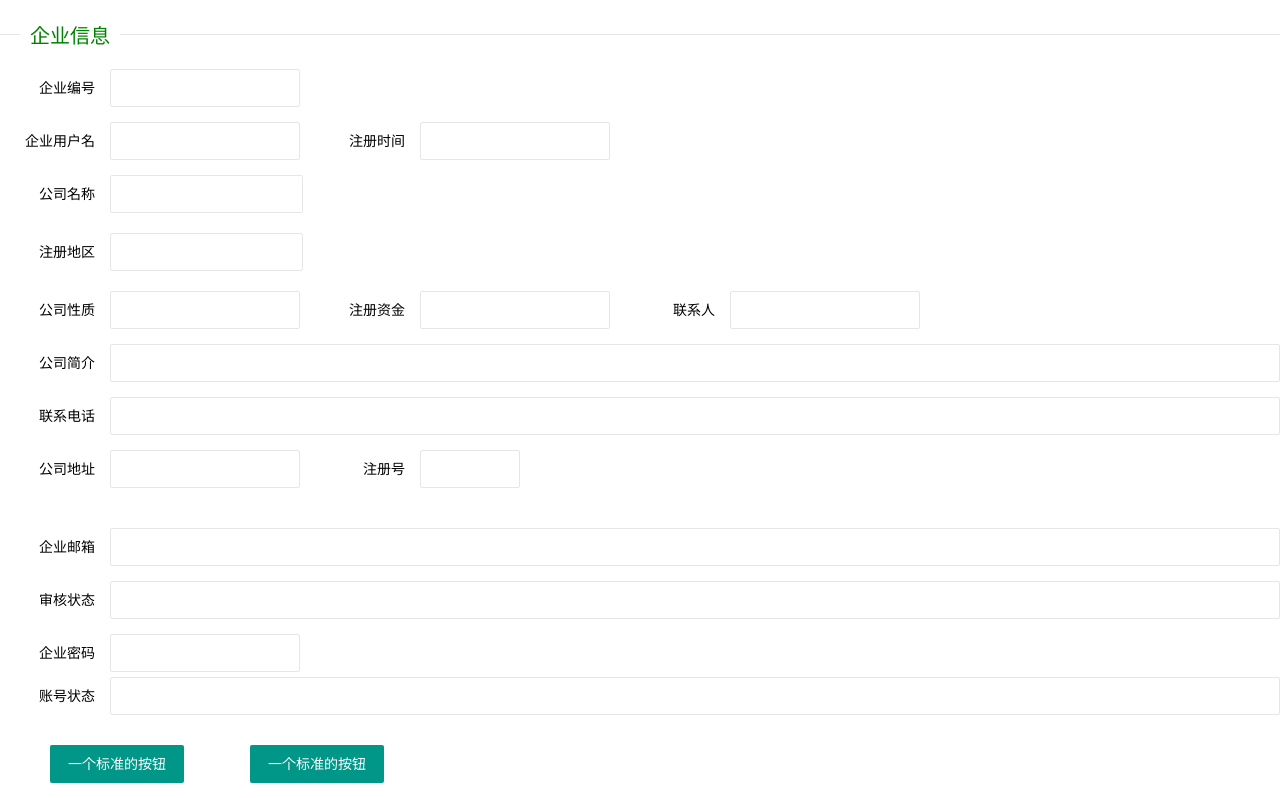
Repository: LongJinhe-coder/java-web-
Page: http://localhost/projectDemo1/displayFirmResume.jsp
An editor plug-in stored every save of this project. The page is shown before and after the next save, followed by the edit.
The browser window is 1280 px wide. The pictures show the whole page.
The page is served by Tomcat 9. The template is opened directly, without the code that normally fills it, so the values that code supplies are empty.

Above is the page before, as saved 2020-07-28 12:51:19.

After the next save:
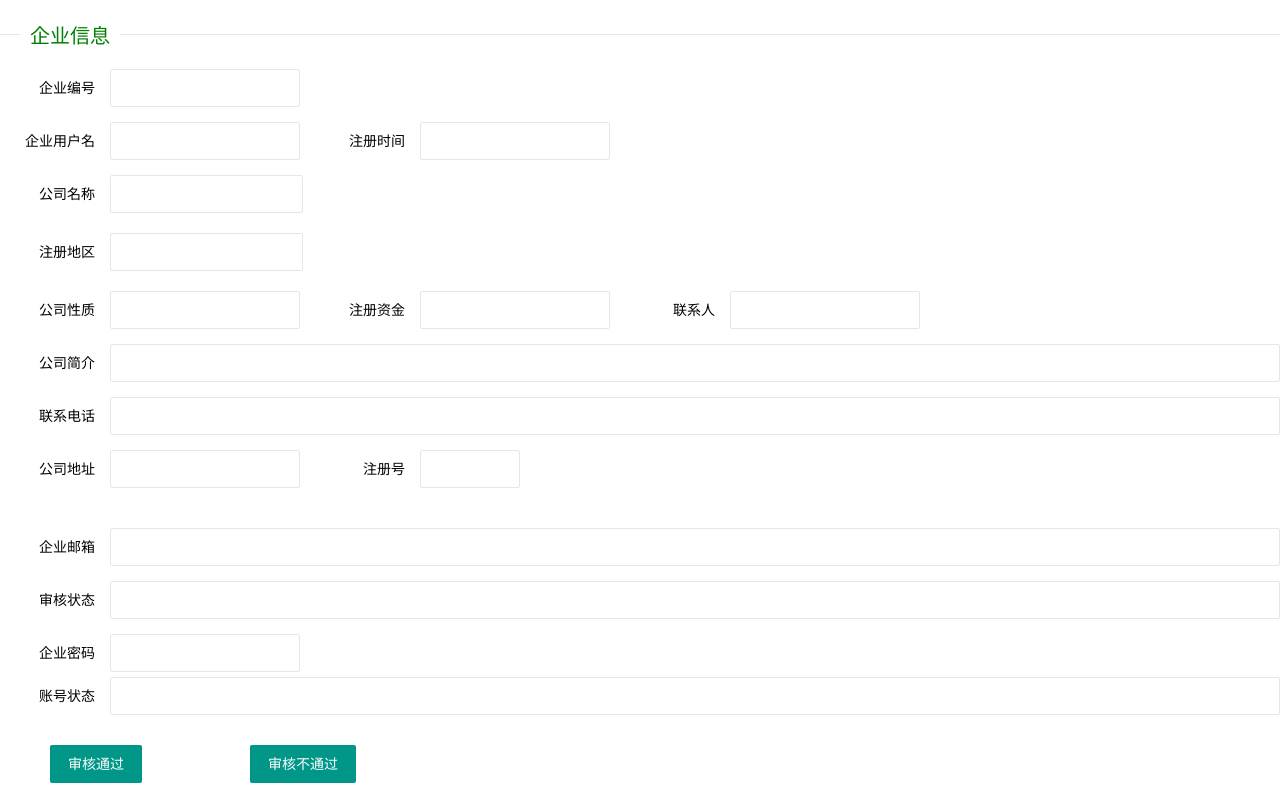
Saved 41 s later.
--- a/MyEclipse CI/projectDemo1/WebRoot/displayFirmResume.jsp
+++ b/MyEclipse CI/projectDemo1/WebRoot/displayFirmResume.jsp
@@ -160,11 +160,11 @@ String basePath = request.getScheme()+"://"+request.getServerName()+":"+request.
 
     <div class="layui-form-item">
       <div class="layui-input-inline" style="margin-left:50px">
-        <button type="button" class="layui-btn">一个标准的按钮</button>
+        <button type="button" class="layui-btn">审核通过</button>
       </div>
 
       <div class="layui-input-inline">
-       <button type="button" class="layui-btn">一个标准的按钮</button>
+       <button type="button" class="layui-btn">审核不通过</button>
 		</div>
     </div>
   </form>
